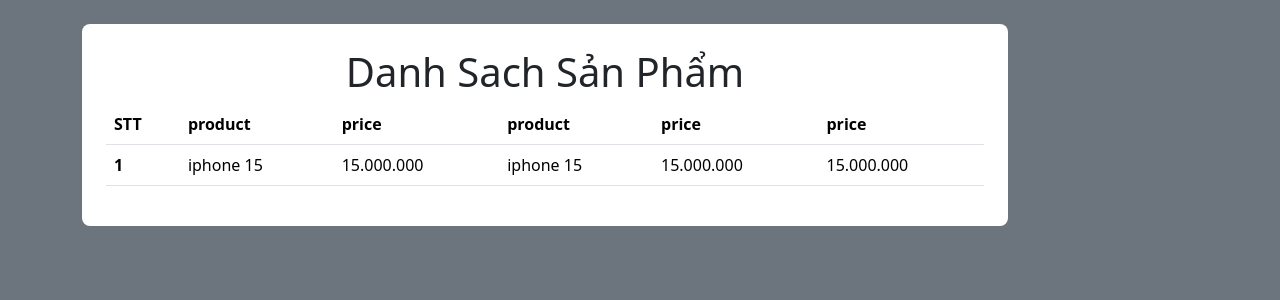
Repository: HT-35/iuh
Page: thi GK/listProduct.html
The author's editor kept a copy of each file at every save. The page is drawn from the files as they stood at one save, then again after the next save.
The browser window is 1280 px wide. The pictures show the whole page.
The page's requests for data from a server got no answer.

Above is the page before, as saved 2024-03-27 18:20:06.

After the next save:
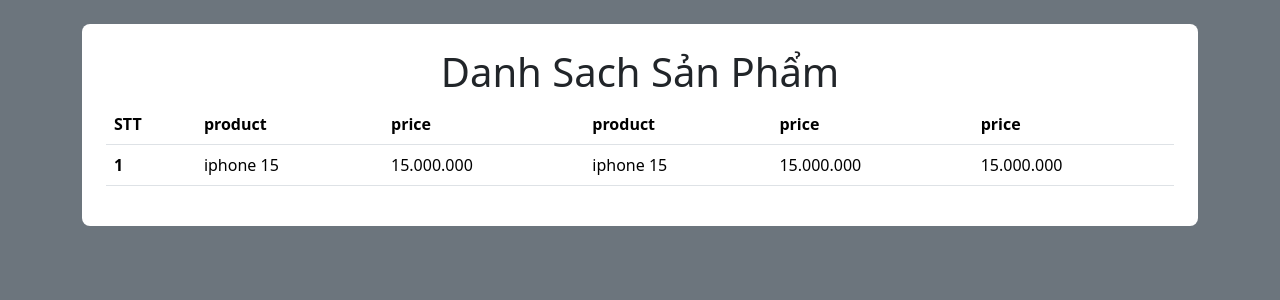
Saved 7 s later.
--- a/thi GK/listProduct.html
+++ b/thi GK/listProduct.html
@@ -14,7 +14,7 @@
 
     <!-- <div class="col-sm-1 col-md-1 col-lg-1"></div> -->
 
-    <div class="col-sm-10 col-md-10 col-lg-10">
+    <div class="col-sm-12 col-md-12 col-lg-12">
       <div class="  bg-white rounded-3 p-2 w-100 mt-4 p-4">
         <div class="row">
 
